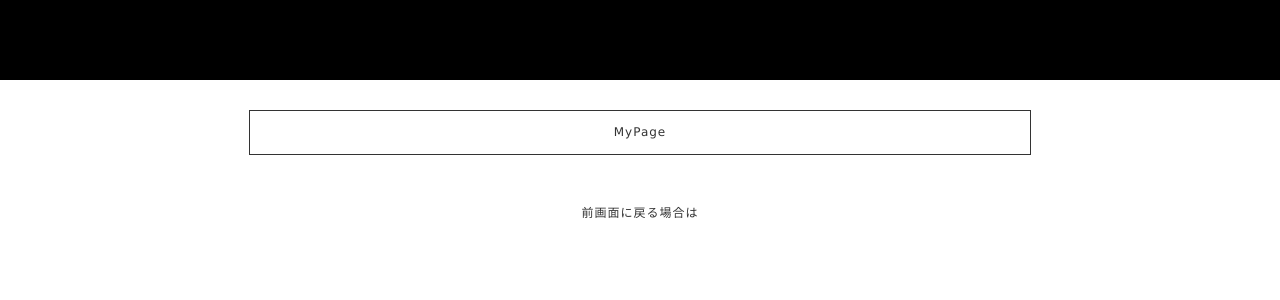
Repository: cha-git/ecsite
Page: http://localhost/template/myPage.jsp
These files come from the project's save history. The page is drawn as it stood at one moment and after the next save; the edit follows.
The browser window is 1280 px wide. The pictures show the whole page.
The page is served by Tomcat 9. Other server files are loaded and not shown.

Above is the page before, as saved 2019-01-09 10:37:03.

### template/WebContent/myPage.jsp
<%@ page language="java" contentType="text/html; charset=UTF-8"
    pageEncoding="UTF-8"%>
<%@ taglib prefix="s" uri="/struts-tags" %>
<!DOCTYPE html>
<html>
<head>
	<meta http-equiv="Content-Type" content="text/html; charset=UTF-8" />
	<meta http-equiv="Content-Style-Type" content="text/css" />
	<meta http-equiv="Content-Script-Type" content="text/javascript" />
	<meta http^equiv="imagetoolbar" content="no" />
	<meta name="description" content="" />
	<meta name="keywords" content="" />
	<title>MyPage画面</title>

	<style type="text/css">
	/* ========TAG LAYOUT======== */
	body {
		margin:0;
		padding:0;
		line-height:1.6;
		letter-spacing:1px;
		font-family:Verdana, Helvetica, sans-serif;
		font-size:12px;
		color:#333;
		background:#fff;
	}

	table {
		text-align:center;
		margin:0 auto;
	}
	/* ========ID LAYOUT======== */
	#top {
		width:780px;
		margin:30px auto;
		border:1px solid #333;
	}

	#header {
		with:100%;
		height:80px;
		background-color: black;
	}

	#main {
		width:100%;
		height:500px;
		text-align:center;
	}

	#footer {
		width:100%;
		height:80px;
		background-color:black;
		clear:both;
	}
	</style>
</head>
<body>
	<div id="header">
		<div id="pr">
		</div>
	</div>
	<div id="main">
		<div id="top">
			<p>MyPage</p>
		</div>
		<div>
		<s:if test="session.message == ''">
			<h3>ご購入情報は以下になります。</h3>
			<table>
				<tr>
					<td>商品名</td>
					<td><s:property value="session.buyItem_name" /></td>
				</tr>
				<tr>
					<td>値段</td>
					<td>
						<s:property value="session.total_price" />
						<span>円</span>
					</td>
				</tr>
				<tr>
					<td>購入個数</td>
					<td>
						<s:property value="session.total_count" />
						<span>個</span>
					</td>
				</tr>
				<tr>
					<td>支払い方法</td>
					<td><s:property value="session.total_payment" /></td>
				</tr>
			</table>
			<s:form action="MyPageAction">
				<input type="hidden" name="deleteFlg" value="1">
				<s:submit value="削除" method="delete" />
			</s:form>
		</s:if>
		<s:if test="session.message != null">
			<h3><s:property value="session.message" /></h3>
		</s:if>
			<div>
				<br>
				<span>前画面に戻る場合は</span>
			</div>
		</div>
	</div>
</body>
</html>

After the next save:
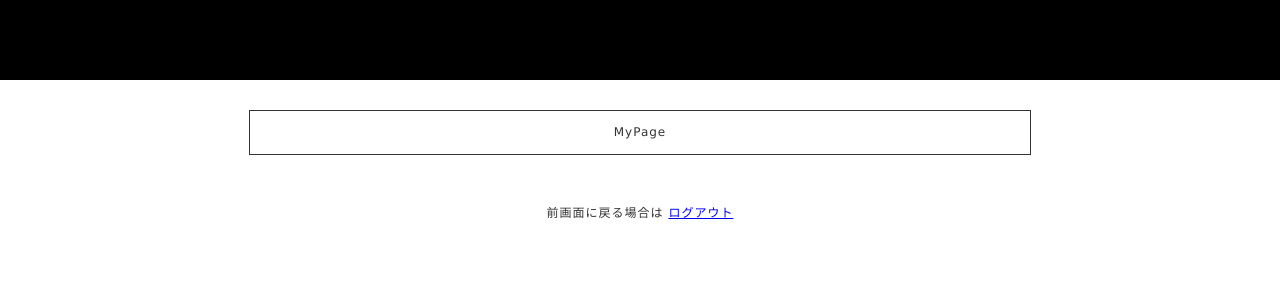
Saved 46 s later.
--- a/template/WebContent/myPage.jsp
+++ b/template/WebContent/myPage.jsp
@@ -103,6 +103,7 @@
 			<div>
 				<br>
 				<span>前画面に戻る場合は</span>
+				<a href='<s:url action="HomeAction" />'>ログアウト</a>
 			</div>
 		</div>
 	</div>
